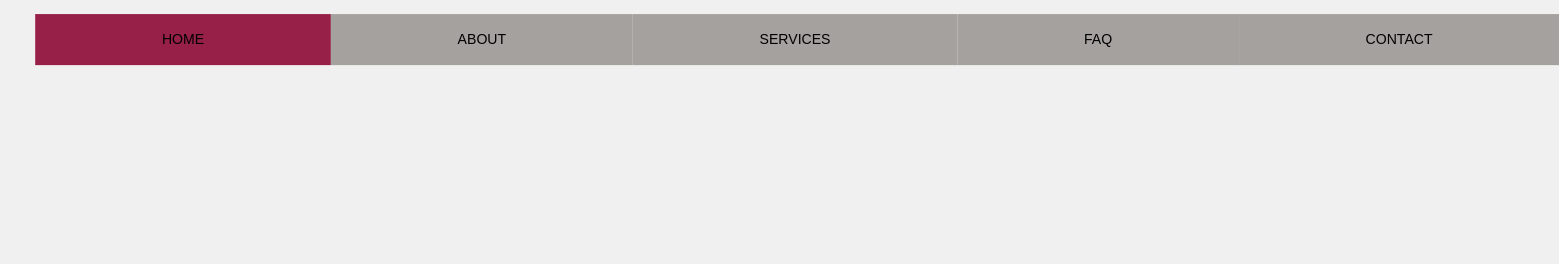
Repository: sriram1224/reactas1.github.io
Page: /
The author's editor kept a copy of each file at every save. The page is drawn from the files as they stood at one save, then again after the next save.
The browser window is 1280 px wide. The page is 1772 px wide, then 1753 px, so the pictures cover 1772 px, including what lies to the right of the window. The pictures show the whole page, at 88% of full size.
Some web fonts or font styles are not loaded; a fallback is used. The project was rebuilt for these pictures with package versions that can differ from the ones it lists, and the page was loaded fresh each time.

Above is the page before, as saved 2024-03-05 07:07:31.

After the next save:
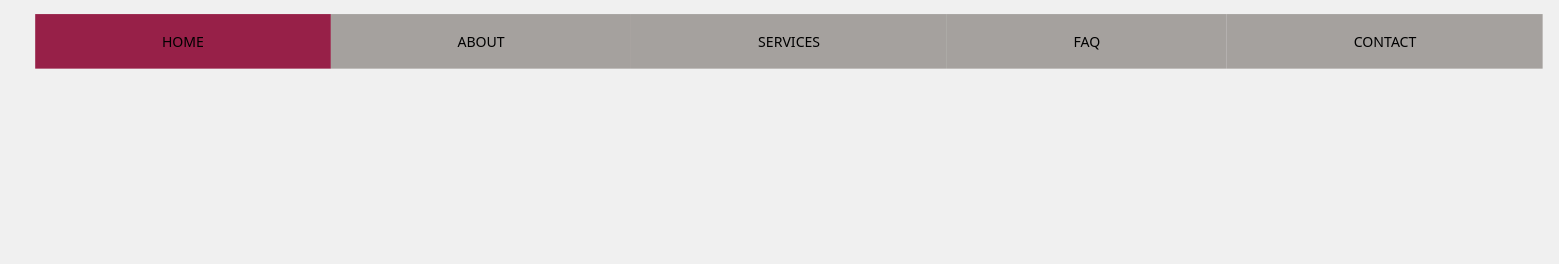
Saved 56 s later.
--- a/src/Components/Nav.css
+++ b/src/Components/Nav.css
@@ -1,7 +1,7 @@
 
 @import url('https://fonts.googleapis.com/css2?family=Noto+Sans:ital,wght@0,100..900;1,100..900&family=Protest+Revolution&display=swap');
 body{
-    font-family: "Protest Revolution", sans-serif;
+    font-family: "Noto Sans", sans-serif;
 }
 .Nav{
     display: flex;
